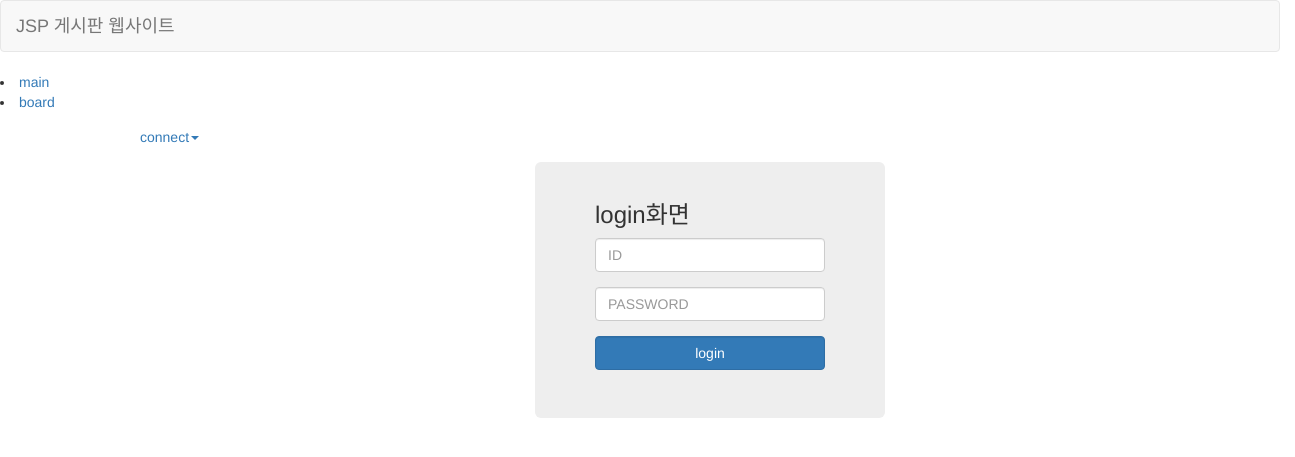
Repository: hotei09/WordofMouth
Page: http://localhost/BBS/join.jsp
These files come from the project's save history. The page is drawn as it stood at one moment and after the next save; the edit follows.
The browser window is 1280 px wide. The page is 1295 px wide, then 1280 px, so the pictures cover 1295 px, including what lies to the right of the window. The pictures show the whole page.
The page is served by Tomcat 9. Other server files are loaded and not shown.

Above is the page before, as saved 2018-08-01 00:45:37.

### BBS/WebContent/join.jsp
<%@ page language="java" contentType="text/html; charset=UTF-8"
    pageEncoding="UTF-8"%>
<!DOCTYPE html>
<html>
<head>
<meta http-equiv="content-Type" content="text/html; charset=UTF-8">
<meta name = "viewport" content = "width=device-width,initial-scale=1">
<link rel="stylesheet" href="css/bootstrap.css">
<title>JSP 게시판 웹사이트</title>
</head>
<body>
<nav class="navbar navbar-default">
	<div class="navbar-header">
		<button type="button" class="navbar-toggle collapsed" data-toggle="collapse"
		data-target="#bs-example-navbar-collapse-1" aria-expanded="false" >
		<span class="icon-bar"></span>
		<span class="icon-bar"></span>
		<span class="icon-bar"></span>
		</button>
		<a class="navbar-brand" href="main.jsp"> JSP 게시판 웹사이트 </a>
	</div>
	</nav>
	<div class="collapse navbar-collapse" id="bs-example-navbar-collapse-1"></div>
	<ul class="nav navbar-nav"></ul>
	<li><a href="main.jsp">main</a></li>
	<li><a href="bbs.jsp">board</a></li>
	</ul>
	<ul class="nav navbar-nav navbar-right">
	<li class="dropdown">
		<a href="#" class="dropdown-toggle" data-toggle="dropdown" role="button"
		aria-haspopup="true" aria-expended="false">connect<span class="caret"></span></a>
		<ul class="dropdown-menu">
		<li class="active"><a href="login.jsp">login</a></li>
		<li ><a href="join.jsp">join</a></li>
		</ul>
<div class="container">
<div class="col-lg-4"></div>
<div class="col-lg-4">
	<div class="jumbotron" style="padding-top: 20px;">
		<form method="post" action="loginaction.jsp">
			<h3 style="text.align: center;">login화면</h3>
			<div class ="form-group">
				<input type="text" class="form-control" placeholder="ID" name="userID" maxlength="20">
			</div>
			<div class ="form-group">
				<input type="password" class="form-control" placeholder="PASSWORD" name="userPassword" maxlength="20">
			</div>
			<input type="submit" class="btn btn-primary form-control" value="login">
		</form>
	</div>
</div>
<div class="col-lg-4"></div>
</div>
<script src="https://ajax.googleapis.com/ajax/libs/jquery/1.12.4/jquery.min.js"></script>﻿
<script src="js/bootstrap.js"></script>
</body>
</html>

Loaded but not shown: BBS/WebContent/css/bootstrap.css (library); BBS/WebContent/js/bootstrap.js (library)

After the next save:
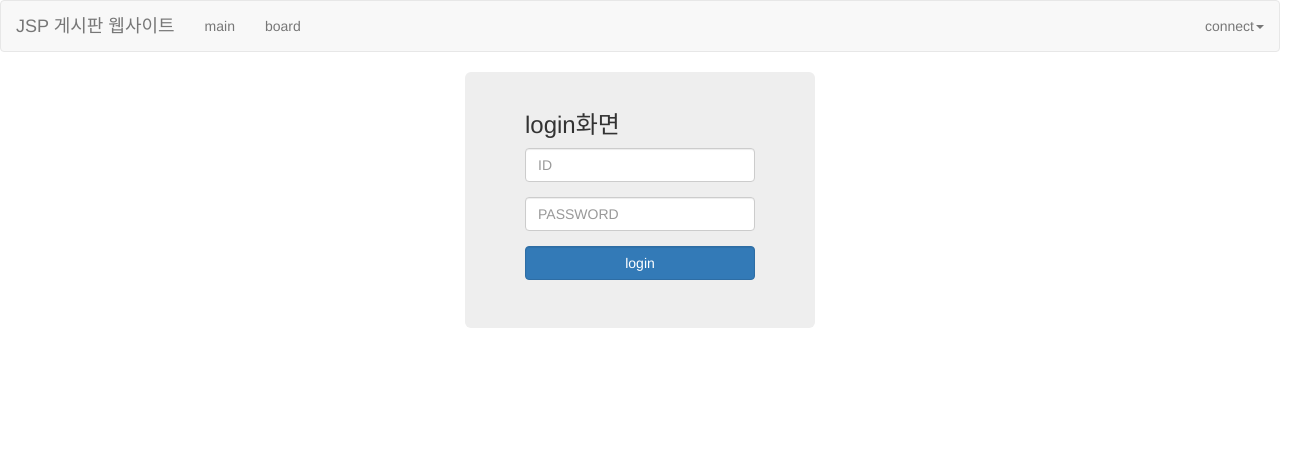
Saved 4 min 2 s later.
--- a/BBS/WebContent/join.jsp
+++ b/BBS/WebContent/join.jsp
@@ -19,9 +19,8 @@
 		</button>
 		<a class="navbar-brand" href="main.jsp"> JSP 게시판 웹사이트 </a>
 	</div>
-	</nav>
-	<div class="collapse navbar-collapse" id="bs-example-navbar-collapse-1"></div>
-	<ul class="nav navbar-nav"></ul>
+	<div class="collapse navbar-collapse" id="bs-example-navbar-collapse-1">
+	<ul class="nav navbar-nav">
 	<li><a href="main.jsp">main</a></li>
 	<li><a href="bbs.jsp">board</a></li>
 	</ul>
@@ -33,6 +32,10 @@
 		<li class="active"><a href="login.jsp">login</a></li>
 		<li ><a href="join.jsp">join</a></li>
 		</ul>
+		</li>
+		</ul>
+		</div>
+		</nav>
 <div class="container">
 <div class="col-lg-4"></div>
 <div class="col-lg-4">
